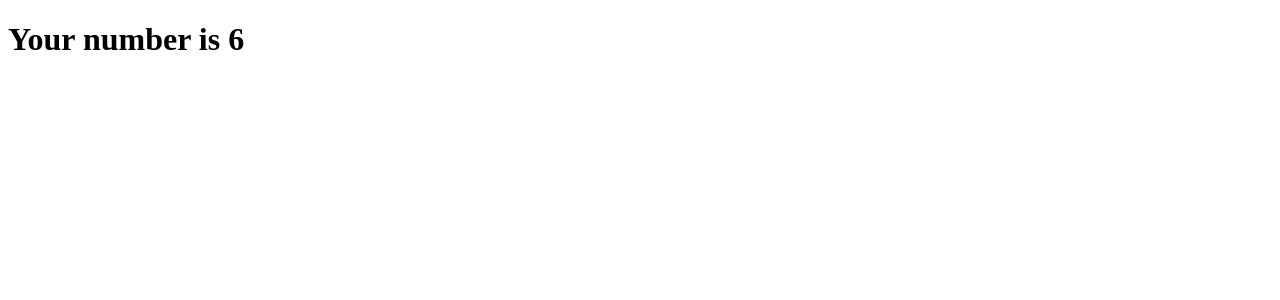
Repository: Zichi90123/ReactTraining
Page: 02_Initial/JSXConditional/index.html
These files come from the project's save history. The page is drawn as it stood at one moment and after the next save; the edit follows.
The browser window is 1280 px wide. The pictures show the whole page.

Above is the page before, as saved 2019-12-11 19:05:40.

After the next save:
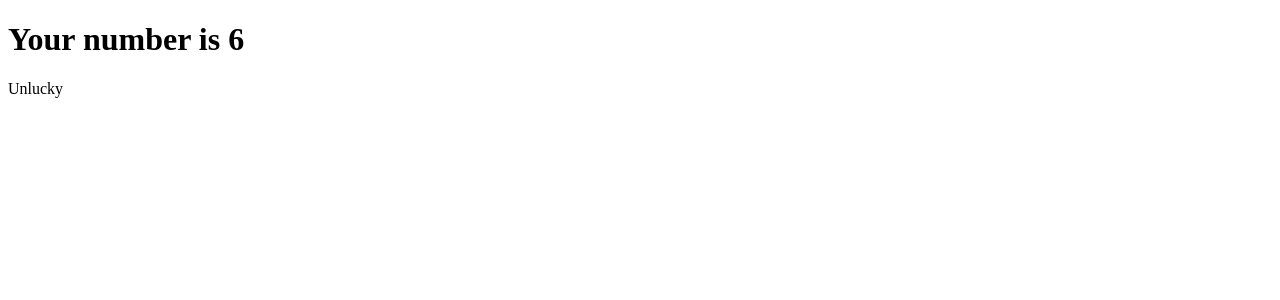
Saved 2 min 45 s later.
--- a/02_Initial/JSXConditional/index.js
+++ b/02_Initial/JSXConditional/index.js
@@ -4,8 +4,14 @@
 
 class NumPicker extends React.Component {
     render() {
-    return <h1>Your number is {getNum()}</h1>
+        const num = getNum();
+        return (
+            <div>
+                <h1>Your number is {num}</h1>
+                <p>{num === 7 ? 'Congrats!' : 'Unlucky'}</p>
+            </div>
+        )
     }
 }
 
-ReactDOM.render(<NumPicker/>, document.getElementById('root'))
+ReactDOM.render(<NumPicker />, document.getElementById('root'))
